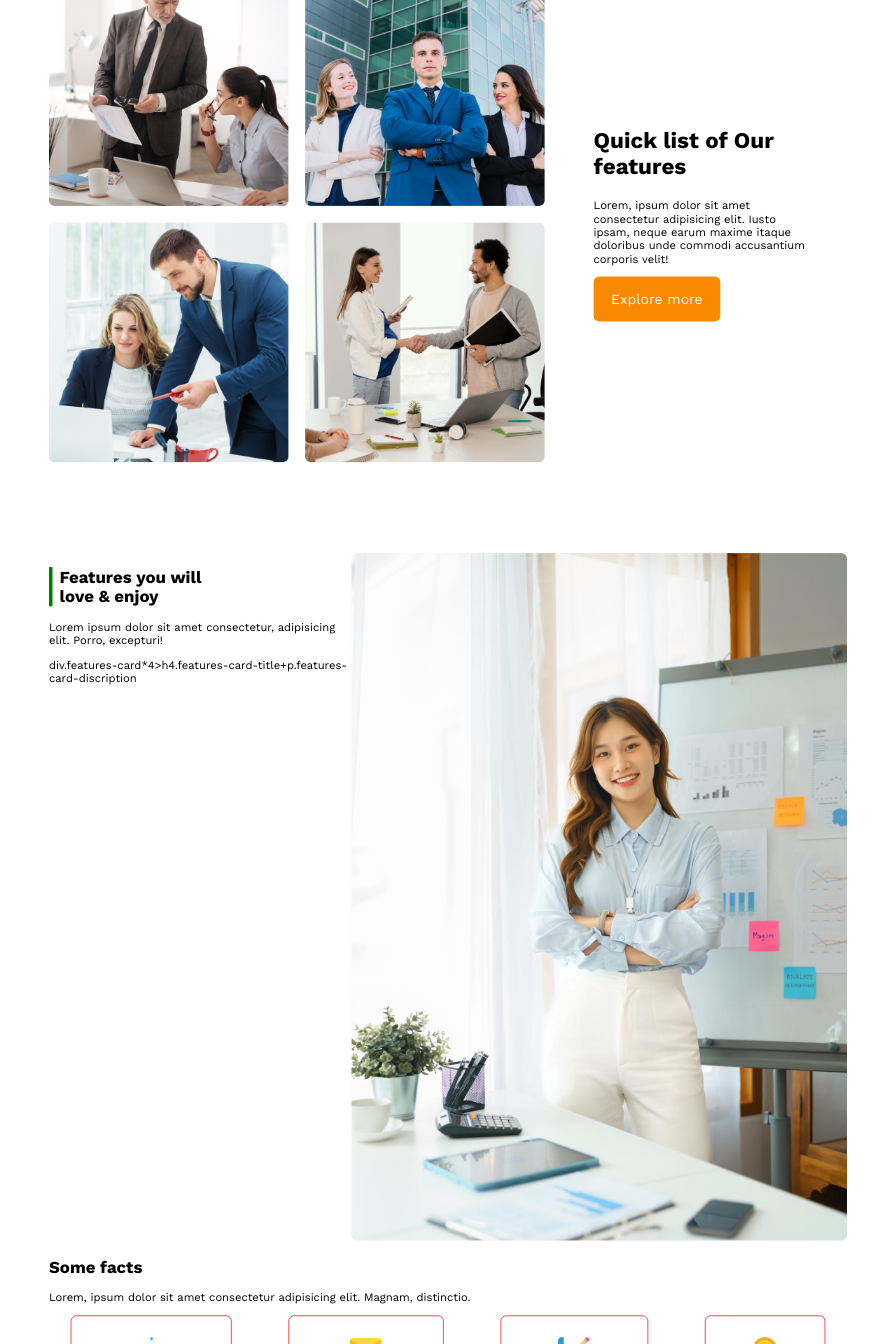
Repository: RudrasahaDibos/architects-resources
Page: index.html
An editor plug-in stored every save of this project. The page is shown before and after the next save, followed by the edit.
The browser window is 1280 px wide. The pictures show the part of the page from y = 1173 to 3093 px (the page is 3611 px tall), at 70% of full size.

Above is the page before, as saved 2024-10-07 21:59:52.

After the next save:
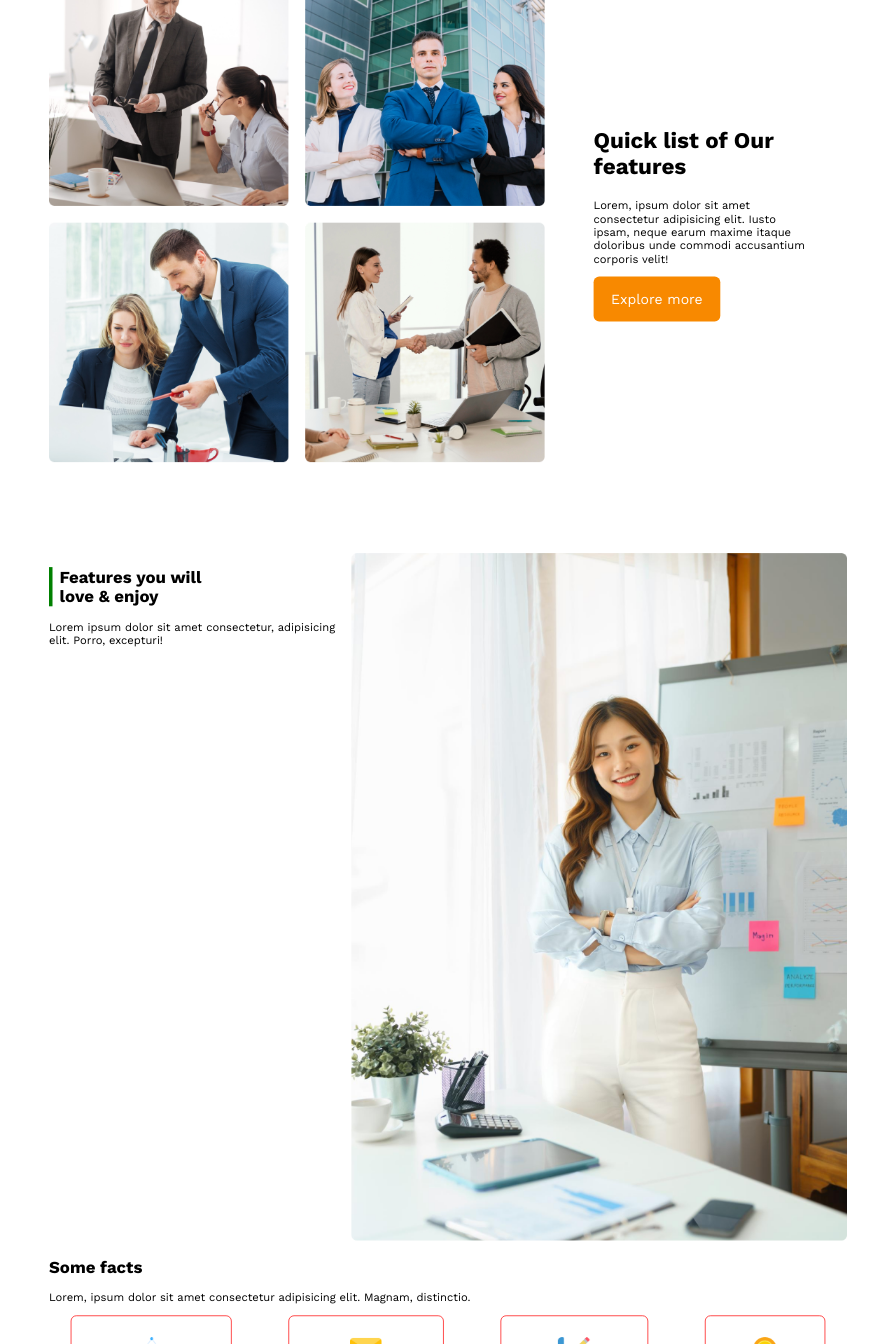
Saved 7 s later.
--- a/index.html
+++ b/index.html
@@ -48,7 +48,22 @@
                 <div class="features-content">
                   <h1 class="features-title">Features you will <br> love & enjoy</h1>
                   <p class="features-discription">Lorem ipsum dolor sit amet consectetur, adipisicing elit. Porro, excepturi!</p>
-                  div.features-card*4>h4.features-card-title+p.features-card-discription
+                  <div class="features-card">
+                    <h4 class="features-card-title"></h4>
+                    <p class="features-card-discription"></p>
+                  </div>
+                  <div class="features-card">
+                    <h4 class="features-card-title"></h4>
+                    <p class="features-card-discription"></p>
+                  </div>
+                  <div class="features-card">
+                    <h4 class="features-card-title"></h4>
+                    <p class="features-card-discription"></p>
+                  </div>
+                  <div class="features-card">
+                    <h4 class="features-card-title"></h4>
+                    <p class="features-card-discription"></p>
+                  </div>
               </div>
               <div>
                    <img src="images/architect.png" alt="">

After the save that followed:
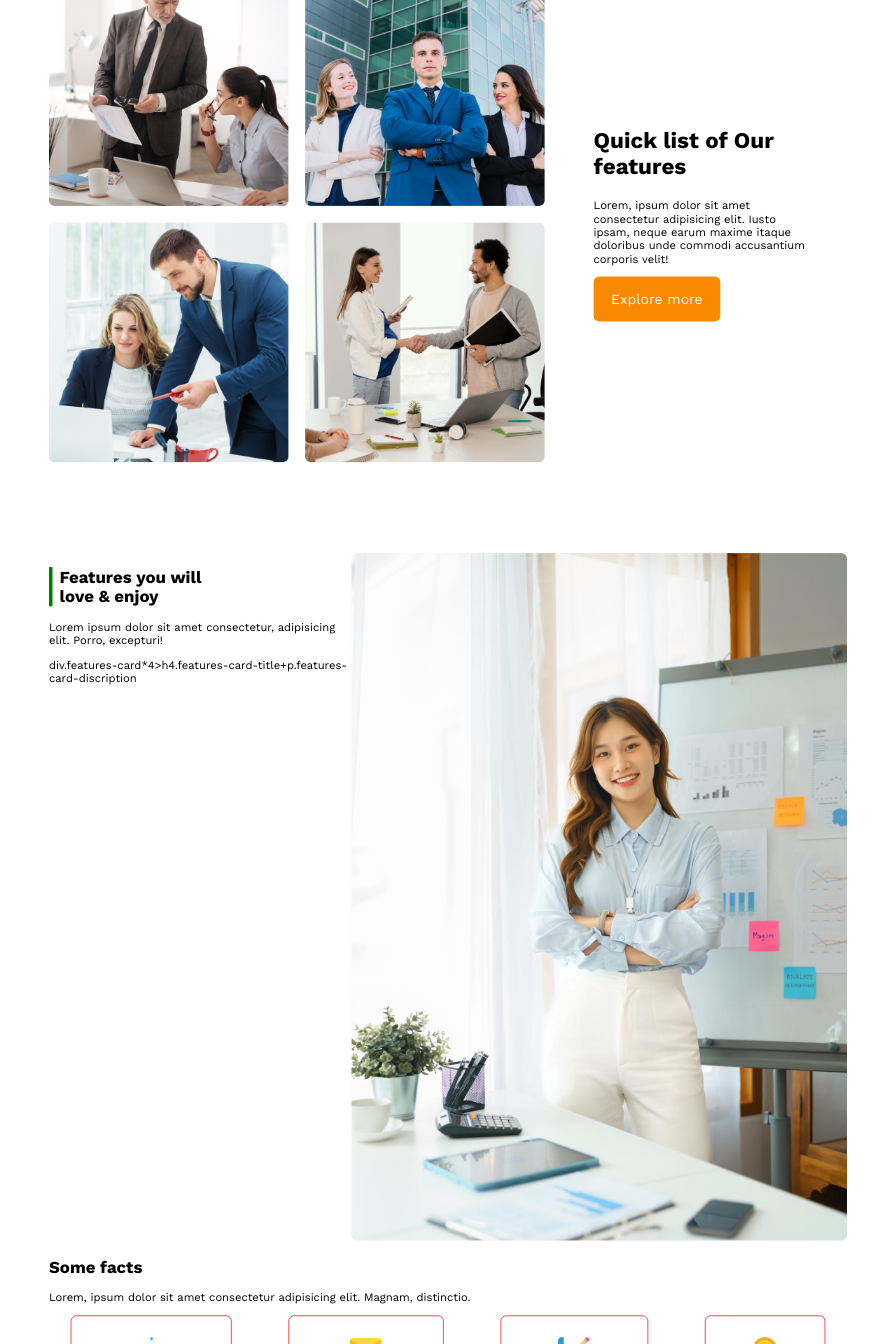
Saved 11 s later.
--- a/index.html
+++ b/index.html
@@ -48,22 +48,7 @@
                 <div class="features-content">
                   <h1 class="features-title">Features you will <br> love & enjoy</h1>
                   <p class="features-discription">Lorem ipsum dolor sit amet consectetur, adipisicing elit. Porro, excepturi!</p>
-                  <div class="features-card">
-                    <h4 class="features-card-title"></h4>
-                    <p class="features-card-discription"></p>
-                  </div>
-                  <div class="features-card">
-                    <h4 class="features-card-title"></h4>
-                    <p class="features-card-discription"></p>
-                  </div>
-                  <div class="features-card">
-                    <h4 class="features-card-title"></h4>
-                    <p class="features-card-discription"></p>
-                  </div>
-                  <div class="features-card">
-                    <h4 class="features-card-title"></h4>
-                    <p class="features-card-discription"></p>
-                  </div>
+                  div.features-card*4>h4.features-card-title+p.features-card-discription
               </div>
               <div>
                    <img src="images/architect.png" alt="">
